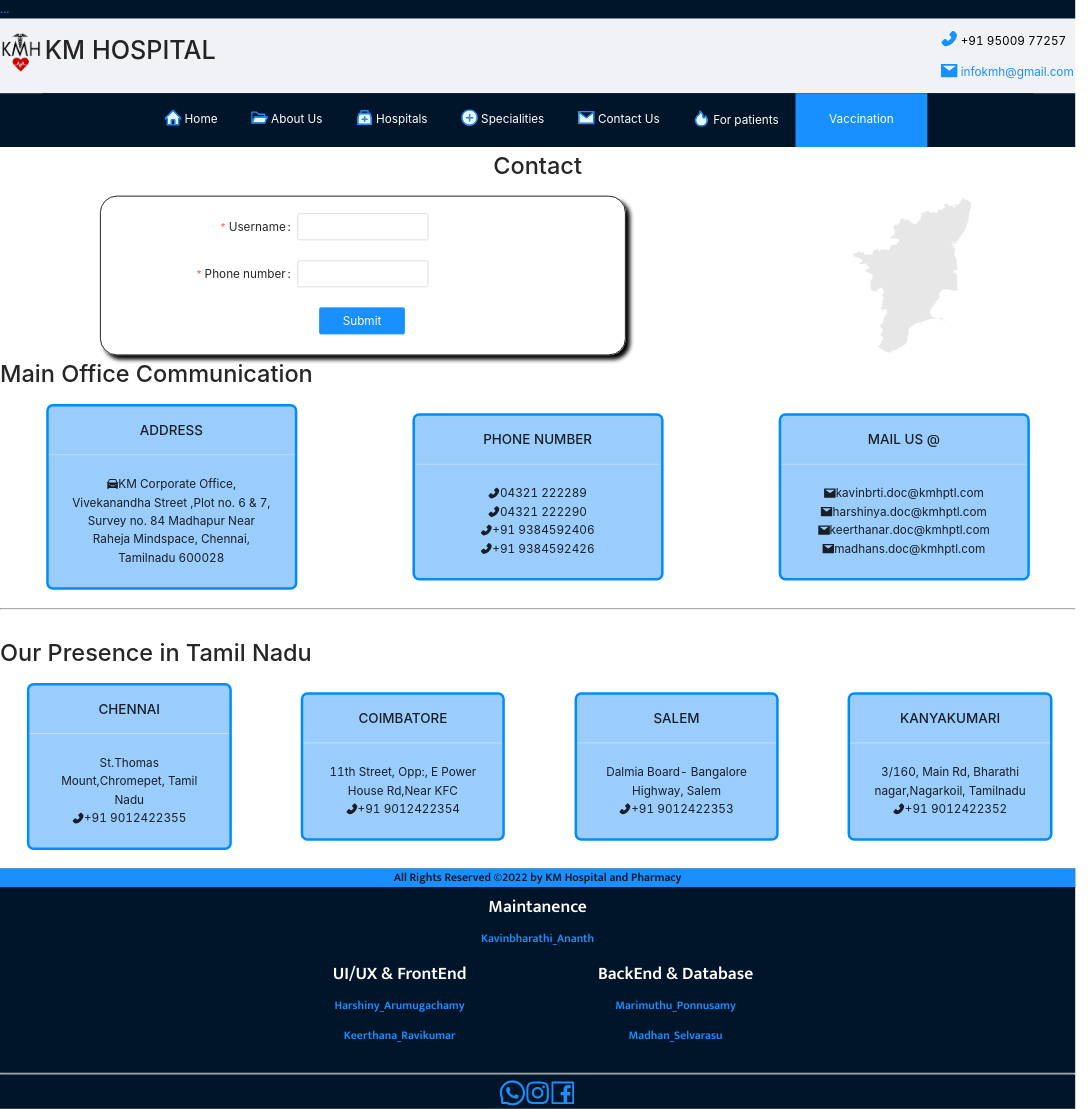
Repository: marimuthu1001/KHM-hospital
Page: /contactus (app in km-hospital/)
An editor plug-in stored every save of this project. The page is shown before and after the next save, followed by the edit.
The browser window is 1280 px wide. The page is 1297 px wide, so the pictures cover 1297 px, including what lies to the right of the window. The pictures show the whole page, at 84% of full size.
The project was rebuilt for these pictures with package versions that can differ from the ones it lists, and the page was loaded fresh each time. Also part of the build but not shown: km-hospital/src/Pages/Feedback.jsx.

Above is the page before, as saved 2022-01-25 08:54:59.

### km-hospital/public/index.html
<!DOCTYPE html>
<html lang="en">
  <head>
    <meta charset="utf-8" />
    <link rel="icon" href="%PUBLIC_URL%/favicon.ico" />
    <meta name="viewport" content="width=device-width, initial-scale=1" />
    <meta name="theme-color" content="#000000" />
    <meta
      name="description"
      content="Web site created using create-react-app"
    />
    <link rel="apple-touch-icon" href="%PUBLIC_URL%/logo192.png" />
    <!--
      manifest.json provides metadata used when your web app is installed on a
      user's mobile device or desktop. See https://developers.google.com/web/fundamentals/web-app-manifest/
    -->
    <link rel="manifest" href="%PUBLIC_URL%/manifest.json" />
    <!--
      Notice the use of %PUBLIC_URL% in the tags above.
      It will be replaced with the URL of the `public` folder during the build.
      Only files inside the `public` folder can be referenced from the HTML.

      Unlike "/favicon.ico" or "favicon.ico", "%PUBLIC_URL%/favicon.ico" will
      work correctly both with client-side routing and a non-root public URL.
      Learn how to configure a non-root public URL by running `npm run build`.
    -->
    <title>KM HOSPITAL | HOME</title>
  </head>
  <body>
    <noscript>You need to enable JavaScript to run this app.</noscript>
    <div id="root"></div>
    <!--
      This HTML file is a template.
      If you open it directly in the browser, you will see an empty page.

      You can add webfonts, meta tags, or analytics to this file.
      The build step will place the bundled scripts into the <body> tag.

      To begin the development, run `npm start` or `yarn start`.
      To create a production bundle, use `npm run build` or `yarn build`.
    -->
  </body>
</html>

### km-hospital/src/index.js
import React from 'react';
import ReactDOM from 'react-dom';
import 'antd/dist/antd.min.css'
import './index.css'
import App from './App';


ReactDOM.render(
  <React.StrictMode>
    <App />
  </React.StrictMode>,
  document.getElementById('root')
);

### km-hospital/src/index.css
@import '~antd/dist/antd.css';

.ant-menu:not(.ant-menu-horizontal) .ant-menu-item-selected {
	background: transparent;
}

.ant-menu{
    background: red;
    }

### km-hospital/src/App.js
import Nav from  './components/Nav'
import Footer from './components/Footer'
import ContactUs from './Pages/ContactUs'
import {BrowserRouter as Router, Route,Routes} from 'react-router-dom'

import Feedback from './Pages/Feedback'

function App() {
  return (
    <Router>
        <div className="App">
          <Nav/>
          <Routes>
            <Route exact path="/contactus" element={<ContactUs/>}/>
            <Route exact path="/feedback" element={<Feedback/>}/>
          </Routes>

          <Footer/>
        </div>
    </Router>

  );
}

export default App;

### km-hospital/src/components/Nav.jsx
import React from 'react'

import Styles from '../Styles/Nav.module.css'
import { Layout, Menu, Dropdown,Row,Col } from 'antd';
import { UserOutlined, LaptopOutlined, NotificationOutlined } from '@ant-design/icons';
import Logo from '../Images/Logo.png'

import {HomeTwoTone,
    FolderOpenTwoTone,
    MedicineBoxTwoTone,
    PlusCircleTwoTone,
    FireTwoTone ,
    MailTwoTone,
    PhoneFilled,
    MailFilled,

    } from '@ant-design/icons'

function Nav() {
  const menu = (
    <Menu>

            <Menu.Item key="1">Covid Dose</Menu.Item>
            <Menu.Item key="2">Covid Booster</Menu.Item>
            <Menu.Item key="3">Polio Vaccine</Menu.Item>
            <Menu.Item key="4">Chicken pox Vaccine</Menu.Item>
      </Menu>
  )
const patients = (
  <Menu>
          <Menu.Item key="1">Health Checkup Package</Menu.Item>
          <Menu.Item key="2">Medicines</Menu.Item>
          <Menu.Item key="3">Symptoms</Menu.Item>
          <Menu.Item key="4">Procedurs</Menu.Item>
          <Menu.Item key="5">BMI Calculator</Menu.Item>
    </Menu>

  )

  const { Header} = Layout;
    return (

      <Layout>
        <p className={Styles.line}>...</p>
        <div className={Styles.head} >
            <Row gutters={[16,16]}>
              <Col md={{span:2}} lg={{span:1}}>
              <div className="logo">
              <img src={Logo} alt="Logo" widht={50} height={50}/>
            </div>
              </Col>
              <Col md={{span:6}} lg={{span:4}}>
              <h1>KM HOSPITAL</h1>
              </Col>
              <Col md={{span:8}} lg={{span:16}}></Col>
              <Col md={{span:5}} lg={{span:3}}>
              <div className={Styles.contactHead}>
                <p style={{color:'black'}}><PhoneFilled  style= {{ fontSize: '20px',color: '#1890ff'  }} />&nbsp;+91 95009 77257</p>
                <p><a href="mailto:infokmh@gmail.com"><MailFilled style= {{ fontSize: '20px',color: '#1890ff'  }} />&nbsp;infokmh@gmail.com</a></p>
               </div>
              </Col>
            </Row>
        </div>



      <Header className="header">
      <div className="menubar">
        <Menu style={{
            position: 'relative',
            display: 'flex',
            justifyContent: 'center',

        }} theme="dark" mode="horizontal" defaultSelectedKeys={['1']}>
     <a href="/">
          <Menu.Item key="7"><HomeTwoTone style={{fontSize:20}}/>&nbsp;Home</Menu.Item>
     </a>
     <a href="">
          <Menu.Item key="2"><FolderOpenTwoTone style={{fontSize:20}}/>&nbsp;About Us</Menu.Item>
     </a>
     <a href="">
          <Menu.Item key="3"><MedicineBoxTwoTone style={{fontSize:20}}/>&nbsp;Hospitals</Menu.Item>
     </a>
     <a href="">
          <Menu.Item key="4"><PlusCircleTwoTone style={{fontSize:20}}/>&nbsp;Specialities</Menu.Item>
     </a>
     <a href="/contactus">
          <Menu.Item  key="6"> <MailTwoTone style={{fontSize:20}}/>&nbsp;Contact Us</Menu.Item>
     </a>
          <Dropdown  overlay={patients} placement="topCenter">
              <Menu.Item key="5"><FireTwoTone style={{fontSize:20}}/>&nbsp;For patients</Menu.Item>
          </Dropdown>

          <Menu.Item key="1">
          <Dropdown  overlay={menu} placement="topCenter">
                    <Menu.Item>Vaccination</Menu.Item>
          </Dropdown>
          </Menu.Item>


        </Menu>  </div>
      </Header>


        </Layout>


    )
}

export default Nav

### km-hospital/src/components/Footer.jsx
import React from 'react'
import Styles from '../Styles/Footer.module.css'
import { Row, Col } from 'antd';
import {WhatsAppOutlined,
    InstagramOutlined,
    FacebookOutlined} from '@ant-design/icons'
function Footer() {
    return (
        <div  >
            <div className={Styles.footer}>


                <div className={Styles.footerContent}>
                    <div sm={1}  md={6} lg={8}  className={Styles.footerTitle}>
                        <h4>All Rights Reserved &copy;2022 by KM Hospital and Pharmacy</h4>
                    </div>


                <div className={Styles.maintain}>
                    <h2>Maintanence</h2>
                    <p>Kavinbharathi_Ananth</p>
                </div>

                <Row className={Styles.design} gutter={[34, 18]}>
                <Col xs={24} md={6}/>
                    <Col xs={24} md={6}>
                        <div>
                            <h2 className={Styles.headDecoration}>UI/UX & FrontEnd</h2>
                            <div className={Styles.decoration}>
                                <p>Harshiny_Arumugachamy</p>
                                <p>Keerthana_Ravikumar</p>
                            </div>
                        </div>
                    </Col>
                    <Col xs={24} md={6}>
                        <div>
                        <h2 className={Styles.headDecoration}>BackEnd & Database</h2>
                            <div className={Styles.decoration}>
                                <p>Marimuthu_Ponnusamy</p>
                                <p>Madhan_Selvarasu</p>
                            </div>
                        </div>
                    </Col>
                    <Col xs={24} md={6}/>
                        <Col sm={{ span: 5, offset: 0 }} md={{ span: 5, offset: 0 }} lg={{ span: 6, offset:0  }}> </Col>
                </Row>


<hr/>


                <Row  className={Styles.social}>
                    <Col sm={{span:2}} md={{span:8}} lg={{span:8}}><WhatsAppOutlined style={{fontSize: '30px' }} /></Col>
                    <Col sm={{span:2}} md={{span:8}} lg={{span:8}}><InstagramOutlined style={{fontSize: '30px' }} /></Col>
                    <Col sm={{span:2}} md={{span:8}} lg={{span:8}}><FacebookOutlined style={{fontSize: '30px' }} /></Col>
                </Row>
            </div>
        </div>
        </div>
    )
}

export default Footer

### km-hospital/src/Pages/ContactUs.jsx
import React from 'react'
import Styles from '../Styles/ContactUs.module.css'
import { Card, Col, Row,Form, Input, Button  } from 'antd';
import {CarFilled ,PhoneFilled,MailFilled} from '@ant-design/icons'
import TamilNadu from '../Images/TN image.png'
function ContactUs() {
    const onFinish = (values) => {
        console.log('Success:', values);
      };

      const onFinishFailed = (errorInfo) => {
        console.log('Failed:', errorInfo);
      };

    return (
        <div>
            <div className={Styles.title}>
                <h1>Contact</h1>
            </div>


<Row justify="space-around" align="middle" gutter={28}>
        <Col span={12}>
        <Form className={Styles.form}
                    name="basic"
                    labelCol={{
                        span: 9,
                    }}
                    wrapperCol={{
                        span: 6,
                    }}
                    initialValues={{
                        remember: true,
                    }}
                    onFinish={onFinish}
                    onFinishFailed={onFinishFailed}
                    autoComplete="off"
                    >
                    <Form.Item
                        label="Username"
                        name="username"
                        rules={[
                        {
                            required: true,
                            message: 'Please input your username!',
                        },
                        ]}
                    >
                        <Input />
                    </Form.Item>

                    <Form.Item
                        label="Phone number"
                        name="mob_num"
                        rules={[
                        {
                            required: true,
                            message: 'Please input your Number!',
                        },
                        ]}
                    >
                        <Input />
                    </Form.Item>

                    <Form.Item
                        align="middle"
                        wrapperCol={{
                            span: 14, offset: 10
                        }}
                    >
                        <Button  className={Styles.btn} type="primary" htmlType="submit">
                        Submit
                        </Button>
                    </Form.Item>


                    </Form>



        </Col>
        <Col>
        <img  src={TamilNadu} alt="TN image" width={150} height={190} />
        </Col>
</Row>



    <h1>Main Office Communication</h1>
            <div className={Styles.contact}>
                <div className="site-card-wrapper">
                    <Row justify="space-around" align="middle" gutter={28}>
                        {/* <Col sm={{span:2}} md={{span:5}}  lg={{span:4}}></Col> */}
                        <Col  sm={{span:1}} md={{span:5}}  lg={{span:6}} >
                            <Card className={Styles.card} title="ADDRESS" bordered={true} hoverable={true}>
                            <CarFilled />
                            KM Corporate Office,<br/>
Vivekanandha Street ,Plot no. 6 & 7, Survey no. 84 Madhapur Near Raheja Mindspace, Chennai, Tamilnadu 600028
                            </Card>
                        </Col>
                        <Col sm={{span:1}} md={{span:5}} lg={{span:6}} >
                            <Card className={Styles.card} title="PHONE NUMBER" bordered={true} hoverable={true}>
                            <PhoneFilled />04321 222289<br/>
                            <PhoneFilled />04321 222290<br/>
                            <PhoneFilled />+91 9384592406<br/>
                            <PhoneFilled />+91 9384592426<br/>
                            </Card>
                        </Col>
                        <Col sm={{span:1}} md={{span:5}} lg={{span:6}}>
                            <Card className={Styles.card} title="MAIL US @" bordered={true} hoverable={true}>
                            <MailFilled />kavinbrti.doc@kmhptl.com<br/>
                            <MailFilled />harshinya.doc@kmhptl.com<br/>
                            <MailFilled />keerthanar.doc@kmhptl.com<br/>
                            <MailFilled />madhans.doc@kmhptl.com<br/>
                            </Card>
                        </Col>
                        {/* <Col sm={{span:3}} md={{span:5}}  lg={{span:4}}></Col> */}
                    </Row>
                   <br/> <hr/><br/>
                </div>
            </div>


            <h1>Our Presence in Tamil Nadu</h1>
            <div className="site-card-wrapper">
                    <Row className={Styles.locations} justify="space-around" align="middle" gutter={28}>
                        {/* <Col sm={{span:2}} md={{span:5}}  lg={{span:4}}></Col> */}
                        <Col  sm={{span:1}} md={{span:5}}  lg={{span:5}} >
                            <Card className={Styles.card} title="CHENNAI" bordered={true} hoverable={true}>
                            St.Thomas Mount,Chromepet, Tamil Nadu <br/> <PhoneFilled />+91 9012422355
                            </Card>
                        </Col>
                        <Col sm={{span:1}} md={{span:5}} lg={{span:5}} >
                            <Card  className={Styles.card} title="COIMBATORE" bordered={true} hoverable={true}>
                           11th Street, Opp:, E Power House Rd,Near KFC <br/> <PhoneFilled />+91 9012422354
                            </Card>
                        </Col>
                        <Col sm={{span:1}} md={{span:5}} lg={{span:5}}>
                            <Card className={Styles.card} title="SALEM" bordered={true} hoverable={true}>
                           Dalmia Board- Bangalore Highway, Salem  <br/> <PhoneFilled />+91 9012422353
                            </Card>
                        </Col>
                        <Col sm={{span:1}} md={{span:5}} lg={{span:5}}>
                            <Card className={Styles.card} title="KANYAKUMARI" bordered={true} hoverable={true}>
                             3/160, Main Rd, Bharathi nagar,Nagarkoil, Tamilnadu  <br/> <PhoneFilled />+91 9012422352
                            </Card>
                        </Col>
                        {/* <Col sm={{span:3}} md={{span:5}}  lg={{span:4}}></Col> */}
                    </Row>
              <br/>
                </div>
        </div>
    )
}

export default ContactUs

### km-hospital/src/Styles/Nav.module.css
*{
    margin-top:0px;
}
.line{
    background-color:#001529;
    color:#1890ff;
}
.head h1{
    font-size: 30px;
}
.menubar .Menu.item{
    margin-left:20%;
}
a{
    text-decoration: none;
}
a:hover{
    background-color:#1890ff;
}

### km-hospital/src/Styles/Footer.module.css
@import url('https://fonts.googleapis.com/css2?family=Mukta:wght@600&display=swap');
.footer{
    background-color:#001529;
    font-family: 'Mukta', sans-serif;
    color:#1890ff;
    position:relative;
    text-align:center
}
.footer h2{
    color:#ffffff
}
.footer .footerTitle{
    color:rgb(255, 255, 255);
    background-color:#1890ff
}
.footer .social{
    text-align:center;
    display:inline-flex;
}
.social li{
    list-style-type: none;
}
.decoration{
    list-style-type:none;
    text-align:center
}
.headDecoration{
    text-align:center
}

### km-hospital/src/Styles/ContactUs.module.css
.title{
    text-align:center;
}
.card{
    border:3px solid #008cff;
    border-radius:8px;
    text-align: center;
    background-color:#9bcdfc;
}
.card:hover{
    border:3px solid #1890ff;
    box-shadow: 8px 8px 8px #9bcdfc ;
}
.locations{

    padding-left:5px;
}
.btn{
    width:28%;
}
.form{
    border-radius:20px;
    border:1px solid #000;
    box-shadow:5px 5px 5px rgb(0, 0, 0);
    padding-top:20px;
}

After the next save:
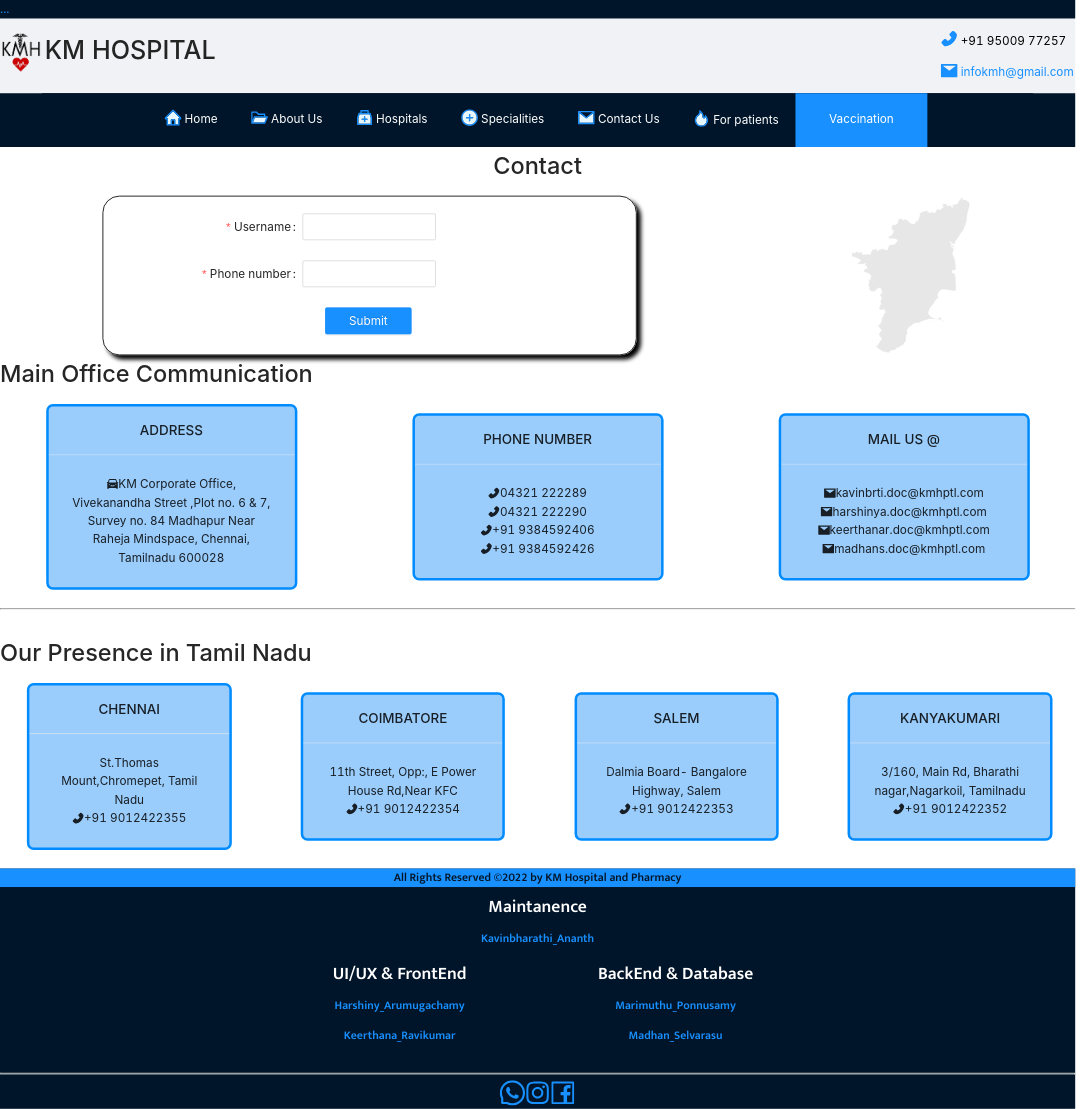
Saved 7 s later.
--- a/km-hospital/src/Pages/ContactUs.jsx
+++ b/km-hospital/src/Pages/ContactUs.jsx
@@ -19,7 +19,7 @@ function ContactUs() {
             </div>
 
 
-<Row justify="space-around" align="middle" gutter={28}>
+<Row justify="space-around" align="middle" gutter={8}>
         <Col span={12}>
         <Form className={Styles.form}
                     name="basic"
